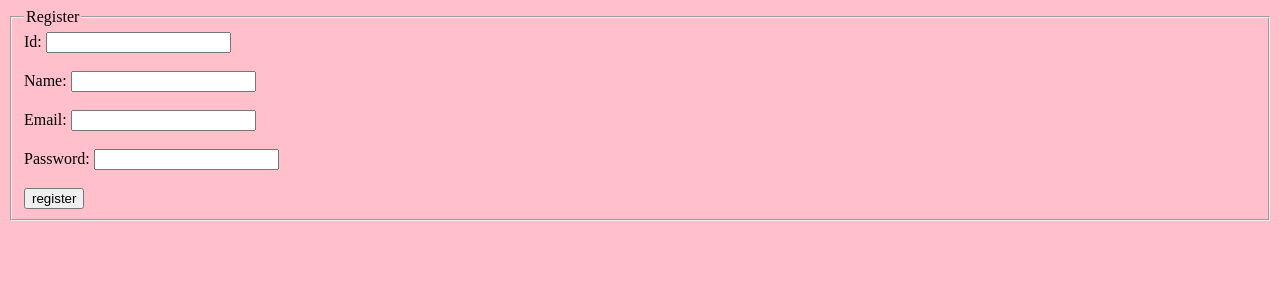
Repository: pawankumarsharm/UST_JDBC_SERVLET
Page: jdbc/empwebapp/WebContent/register.html
An editor plug-in stored every save of this project. The page is shown before and after the next save, followed by the edit.
The browser window is 1280 px wide. The pictures show the whole page.

Above is the page before, as saved 2019-11-16 08:00:17.

### jdbc/empwebapp/WebContent/register.html
<!DOCTYPE html>
<html>
<head>
<meta charset="ISO-8859-1">
<title>Insert title here</title>
</head>
<body bgcolor="pink">
<form action="./register" method="post">
<fieldset>
<legend>Register</legend>




<table></table>
		Id: <input name="id" type="text"><br><br>
		Name: <input name="name" type="text"><br><br>
		Email: <input name="email" type="email"><br><br>
		Password: <input type="password" name="password"><br><br>
		<input type="submit" value ="register"><br>
	</form>
</fieldset>
</body>
</html>

After the next save:
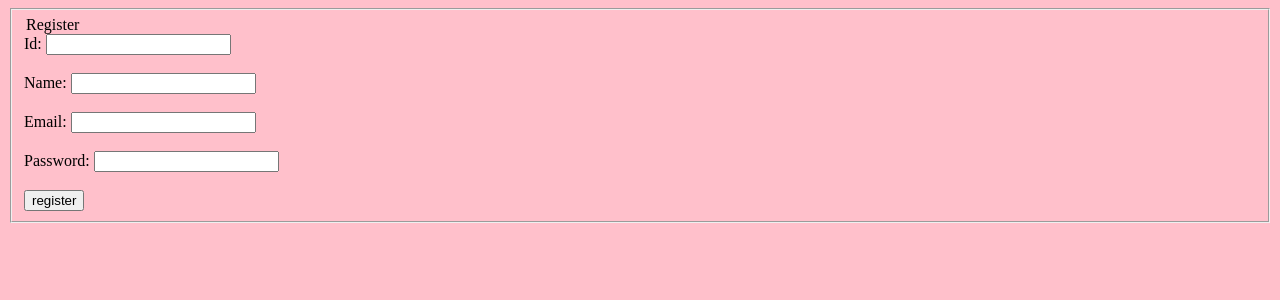
Saved 2 min 18 s later.
--- a/jdbc/empwebapp/WebContent/register.html
+++ b/jdbc/empwebapp/WebContent/register.html
@@ -5,19 +5,21 @@
 <title>Insert title here</title>
 </head>
 <body bgcolor="pink">
+
+<fieldset>
 <form action="./register" method="post">
-<fieldset>
 <legend>Register</legend>
 
 
 
 
-<table></table>
+<table>
 		Id: <input name="id" type="text"><br><br>
 		Name: <input name="name" type="text"><br><br>
 		Email: <input name="email" type="email"><br><br>
 		Password: <input type="password" name="password"><br><br>
 		<input type="submit" value ="register"><br>
+		</table>
 	</form>
 </fieldset>
 </body>
